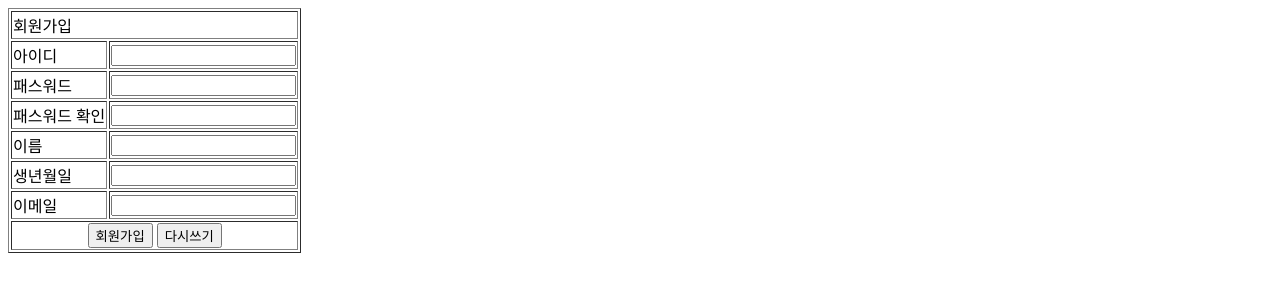
Repository: Chaelin02/2-_JSP
Page: http://localhost/BasicJSP/b06/bean/member.jsp
The author's editor kept a copy of each file at every save. The page is drawn from the files as they stood at one save, then again after the next save.
The browser window is 1280 px wide. The pictures show the whole page.
The page is served by Tomcat 9. Other server files are loaded and not shown.

Above is the page before, as saved 2019-06-24 01:57:14.

### BasicJSP/WebContent/b06/bean/member.jsp
<%@ page language="java" contentType="text/html; charset=UTF-8"
    pageEncoding="UTF-8"%>
<!DOCTYPE html>
<html>
<head>
<meta charset="UTF-8">
<title>Insert title here</title>
</head>
<body>
<form method="post" action=memberPro.jsp>
<table border='1'>
	<tr width=600>
	<td colspan=2>

		회원가입

	</td>
	<tr>
		<td>아이디</td>
		<td><input type="text"  name="id" width="20%"></td>

	</tr>
	<tr>
		<td>패스워드 </td>
		<td><input type="password" name="password"></td>

	</tr>
	<tr>
		<td>패스워드 확인</td>
		<td><input type="password" width=10 name="password_OK"></td>

	</tr>
	<tr>
		<td>이름</td>
		<td> <input type="text" name="name"></td>

	</tr>
	<tr>
		<td>생년월일</td>
		<td><input type="text" name="birthday"></td>

	</tr>
	<tr>
		<td>이메일 </td>
		<td><input type="text" name="email"></td>

	</tr>
<tr width=300>
	<td colspan=3>
	<center>
		<input type = "submit" value="회원가입">
		<input type = "reset" value="다시쓰기">
	</center>
	</td>

</table>

</form>
</body>
</html>

After the next save:
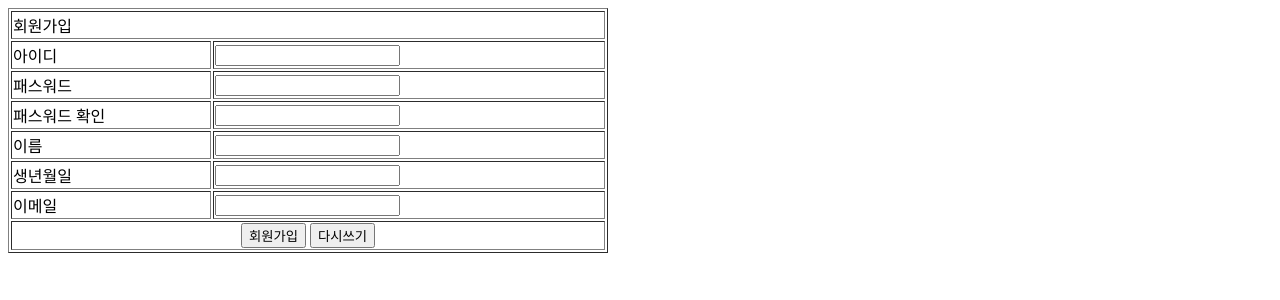
Saved 23 s later.
--- a/BasicJSP/WebContent/b06/bean/member.jsp
+++ b/BasicJSP/WebContent/b06/bean/member.jsp
@@ -8,7 +8,7 @@
 </head>
 <body>
 <form method="post" action=memberPro.jsp>
-<table border='1'>
+<table border='1' width=600>
 	<tr width=600>
 	<td colspan=2>
 
